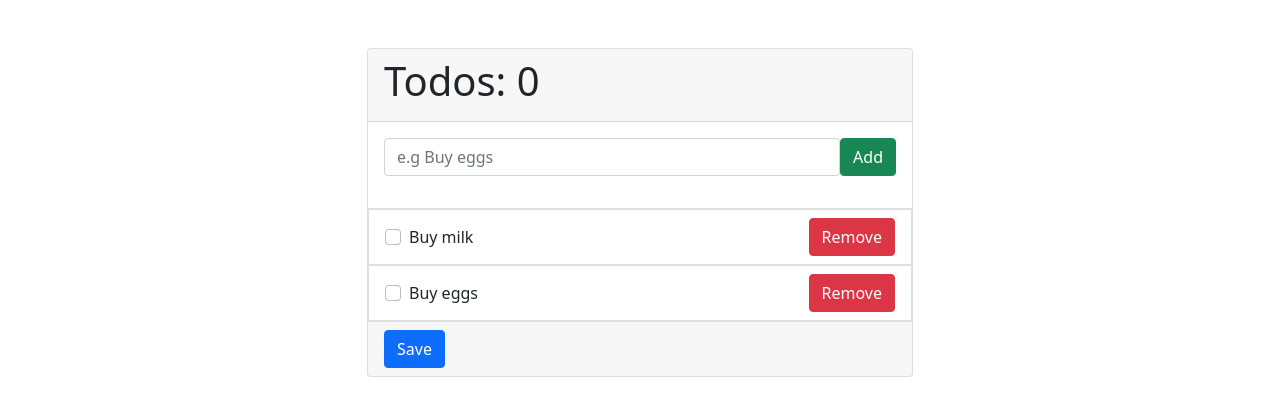
Repository: saidabbasun/TODO-react-redux
Page: /
The author's editor kept a copy of each file at every save. The page is drawn from the files as they stood at one save, then again after the next save.
The browser window is 1280 px wide. The pictures show the whole page.
The project was rebuilt for these pictures with package versions that can differ from the ones it lists, and the page was loaded fresh each time.

Above is the page before, as saved 2022-05-18 10:11:48.

### public/index.html
<!DOCTYPE html>
<html lang="en">
  <head>
    <meta charset="utf-8" />

    <meta name="viewport" content="width=device-width, initial-scale=1" />
    <meta name="theme-color" content="#000000" />
    <meta
      name="description"
      content="Web site created using create-react-app"
    />
    <link href="https://cdn.jsdelivr.net/npm/bootstrap@5.0.2/dist/css/bootstrap.min.css" rel="stylesheet" integrity="sha384-EVSTQN3/azprG1Anm3QDgpJLIm9Nao0Yz1ztcQTwFspd3yD65VohhpuuCOmLASjC" crossorigin="anonymous">

    <title>React App</title>
  </head>
  <body>

    <div id="root"></div>

  </body>
</html>

### src/index.js
import React from 'react';
import ReactDOM from 'react-dom/client';
import { Provider } from 'react-redux';
import App from './App';

 import { store } from './configStore';
const root = ReactDOM.createRoot(document.getElementById('root'));
root.render(
  <React.StrictMode>
    <Provider store={store}>
    <App />
    </Provider>

  </React.StrictMode>
);

### src/App.jsx
import TodoItems from "./components/todo-itams";
import TodosForm from "./components/todos-form";
import TodosFooter from "./components/todos-footer";
import TodosHeader from "./components/todos-header";
function App() {
  return (
    <div className="container">
      <div className="row">
        <div className="col-md-6 offset-md-3">
          <div className="card mt-5">
           <TodosHeader/>
           <TodosForm/>
           <TodoItems/>
           <TodosFooter/>
              </div>
            </div>
          </div>
        </div>

  );
}

export default App;

### src/configStore.js
import {applyMiddleware, createStore}  from "redux";
import rootReducer from "./reducers";
import { composeWithDevTools } from "redux-devtools-extension";
import logger from "redux-logger";

export const store = createStore(rootReducer,composeWithDevTools(applyMiddleware(logger) ));

### src/components/todo-itams.jsx
import React from 'react'
import TodoItem from './todos-itam';
import { useSelector } from "react-redux";

 const TodoItems =() =>{
    const todos=useSelector(state=> state.todos);

  return (
    <ul className="list-group list-group-flush">
             {
             todos.length > 0 ? todos.map(item =>(
                    <TodoItem text={item.text} key={item.key} id={item.id}/>
                 )):(
                     <h6 className='text-center m-3'>Todos not created yet</h6>
                 )
               }

    </ul>
  )
}
export default TodoItems;

### src/components/todos-form.jsx
import React from "react";
import { useRef } from "react";



export default function TodosForm() {
  const inputRef = useRef(null);
  const handleSubmit = (e) => {
    e.perventDefault();
console.log(inputRef.current.value)
  };
  return (
    <div className="card-body">
      <form

        className="mb-3 d-flex justify-content-between align-items-center"
      >
        <input
         onSubmit={ handleSubmit}
          ref={inputRef}
          type="text"
          className="form-control "
          id="exampleFormControlInput1"
          placeholder="e.g Buy eggs"
        />

        <button className=" btn btn-success"> Add</button>
      </form>
    </div>
  );
}

### src/components/todos-footer.jsx
import React from 'react'

export default function TodosFooter() {
  return (
    <div className=" card-footer">
    <button className="btn btn-primary">Save</button>
  </div>
  )
}

### src/components/todos-header.jsx
import React from 'react';
const TodosHeader=()=>{
    return(
        <div className="card-header">
        <h1>Todos: 0</h1>
        </div>
    );
}
export default TodosHeader;

### src/reducers/index.js
import { combineReducers } from "redux";
import todos from "./todos";
const rootReducer=combineReducers({
todos,
})
export default rootReducer

### src/components/todos-itam.jsx
import React from "react";


export default function TodoItem(props) {

  return (
    <div>

      <li className="list-group-item d-flex justify-content-between align-items-center ">
        <div>
          <input
            className="form-check-input me-2"
            type="checkbox"
            value=""
            id="flexCheckDefault"
          />
          <label className="form-check-label" htmlFor="flexCheckDefault">
            {props.text}
          </label>
        </div>
        <button className="btn btn-danger">Remove</button>
      </li>
    </div>
  );
}

### src/reducers/todos.jsx
const initialState=[
    {
        id:1,
        text:'Buy milk'
    },
    {
        id:2,
        text:'Buy eggs'
    }
]

const todos=(state=initialState,action)=>{
return state;
}

export default todos

After the next save:
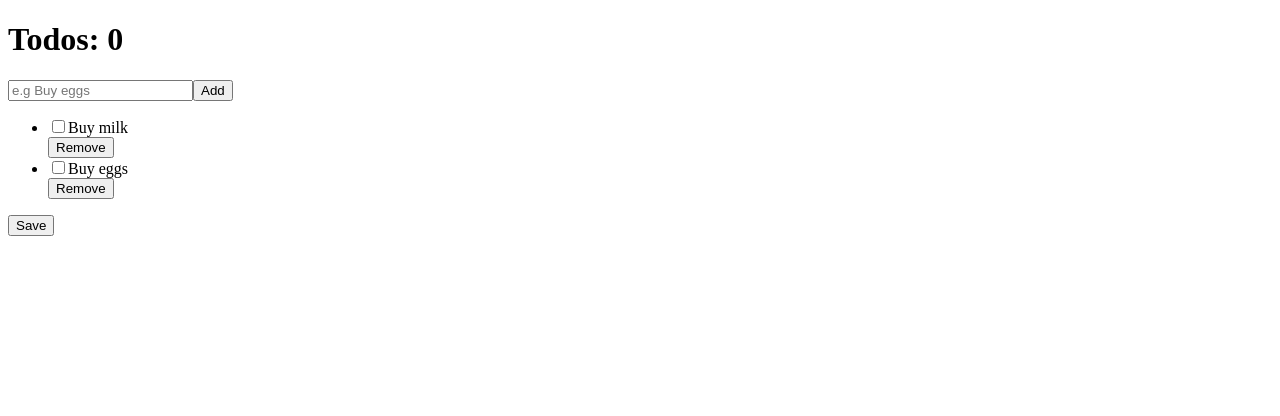
Saved 69 s later.
--- a/public/index.html
+++ b/public/index.html
@@ -9,7 +9,7 @@
       name="description"
       content="Web site created using create-react-app"
     />
-    <link href="https://cdn.jsdelivr.net/npm/bootstrap@5.0.2/dist/css/bootstrap.min.css" rel="stylesheet" integrity="sha384-EVSTQN3/azprG1Anm3QDgpJLIm9Nao0Yz1ztcQTwFspd3yD65VohhpuuCOmLASjC" crossorigin="anonymous">
+
 
     <title>React App</title>
   </head>
